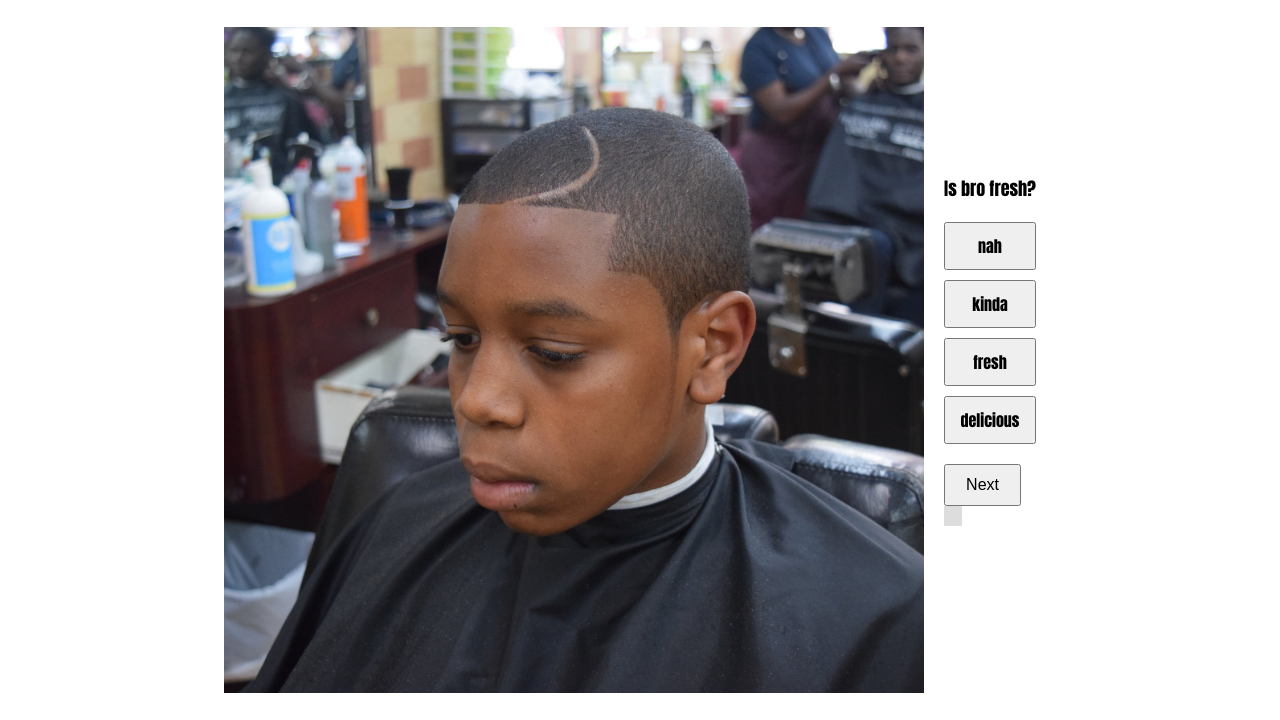
Repository: anderscederberg11/unhandledRuntimeError.json
Page: Henver/henver2.html
The author's editor kept a copy of each file at every save. The page is drawn from the files as they stood at one save, then again after the next save.
The browser window is 1280 px wide. The pictures show the whole page.

Above is the page before, as saved 2024-05-24 18:32:17.

### Henver/henver2.html
<!DOCTYPE html>
<html lang="en">
<head>
    <meta charset="UTF-8">
    <meta name="viewport" content="width=device-width, initial-scale=1.0">
    <title>HaircutHenver</title>
    <link rel="stylesheet" href="henver2.css">
</head>
<body>
    <div class="haircutVro">
        <img class="haircutPic" src="/Henver/imgs/haircutbro.jpeg" alt="kid in barber chair">
    </div>
    <div class="quiz-container">
        <div id="question"></div>
        <div id="options"></div>
        <button id="next-btn" onclick="nextQuestion()">Next</button>
        <div id="progress"></div>
        <button id="play-sound-btn" style="display: none;" onclick="playSound()">Spray</button>
        <button id="redirect-btn" style="display: none;" onclick="redirect()">Continue Experience</button>
    </div>

    <script>
        const questions = [
            {
                question: "Is bro fresh?",
                options: ["nah", "kinda", "fresh", "delicious"],
                answer: "fresh"
            },
            {
                question: "Is this Kai Cenat?",
                options: ["nah", "yes", "fanum", "who?"],
                answer: "nah"
            },
            {
                question: "He pulls all the girls with his ___ ?",
                options: ["Swagger", "Game", "Rizz"],
                answer: "Rizz"
            },
            {
                question: "What is good tongue posture called??",
                options: ["lofting", "gleeking", "mewing", "NaCl"],
                answer: "mewing"
            },
            {
                question: "Should we spray bro down?",
                options: ["yes", "no"],
                answer: "yes"
            }
        ];

        let currentQuestion = 0;
        const progress = document.getElementById("progress");
        const questionDiv = document.getElementById("question");
        const optionsDiv = document.getElementById("options");

        function loadQuestion() {
            const q = questions[currentQuestion];
            questionDiv.textContent = q.question;
            optionsDiv.innerHTML = "";
            q.options.forEach((opt) => {
                const btn = document.createElement("button");
                btn.textContent = opt;
                btn.onclick = () => checkAnswer(opt);
                optionsDiv.appendChild(btn);
            });
            updateProgress();
        }

        function checkAnswer(selectedOption) {
            if (selectedOption === questions[currentQuestion].answer) {
                if (currentQuestion === questions.length - 1) {
                    document.getElementById("play-sound-btn").style.display = "inline-block";
                    document.getElementById("redirect-btn").style.display = "inline-block";
                }
                currentQuestion++;
                loadQuestion();
            }
        }

        function nextQuestion() {
            if (currentQuestion < questions.length - 1) {
                currentQuestion++;
                loadQuestion();
            }
        }

        function updateProgress() {
            const percent = ((currentQuestion + 1) / questions.length) * 100;
            progress.style.width = percent + "%";
        }

        function playSound() {
            alert("Sound will be played here.");
        }

        function redirect() {
            alert("Redirecting to another page...");
        }

        loadQuestion();
    </script>
</body>
</html>

### Henver/henver2.css
body, html {
    height: 100%;
    margin: 0;
    display: flex;
    align-items: center;
    justify-content: center;
}

.haircutVro {
    display: flex;
    align-items: center;
    justify-content: center;
    width: 700px;
    height: 700px;
}

.haircutPic {
    max-width: 100%;
    max-height: 100%;
}

.quiz-container {
    max-width: 600px;
    margin: 0 auto;
    padding: 20px;
}

#question {
    font-family: Impact, Haettenschweiler, 'Arial Narrow Bold', sans-serif;
    font-size: 18px;
    margin-bottom: 20px;
}

#options button {
    font-family: Impact, Haettenschweiler, 'Arial Narrow Bold', sans-serif;
    display: block;
    width: 100%;
    padding: 10px;
    margin-bottom: 10px;
    font-size: 16px;
    cursor: pointer;
}

#next-btn {
    display: block;
    margin-top: 20px;
    padding: 10px 20px;
    font-size: 16px;
    cursor: pointer;
}

#progress {
    background-color: #ddd;
    height: 20px;
    margin-bottom: 20px;
}

#progress::after {
    content: "";
    display: block;
    background-color: #4CAF50;
    height: 100%;
    width: 0;
}

#play-sound-btn, #redirect-btn {
    display: none;
    margin-top: 20px;
    padding: 10px 20px;
    font-size: 16px;
    cursor: pointer;
}

#play-sound-btn {
    background-color: #4CAF50;
    color: white;
    border: none;
}

#redirect-btn {
    background-color: #f44336;
    color: white;
    border: none;
}

After the next save:
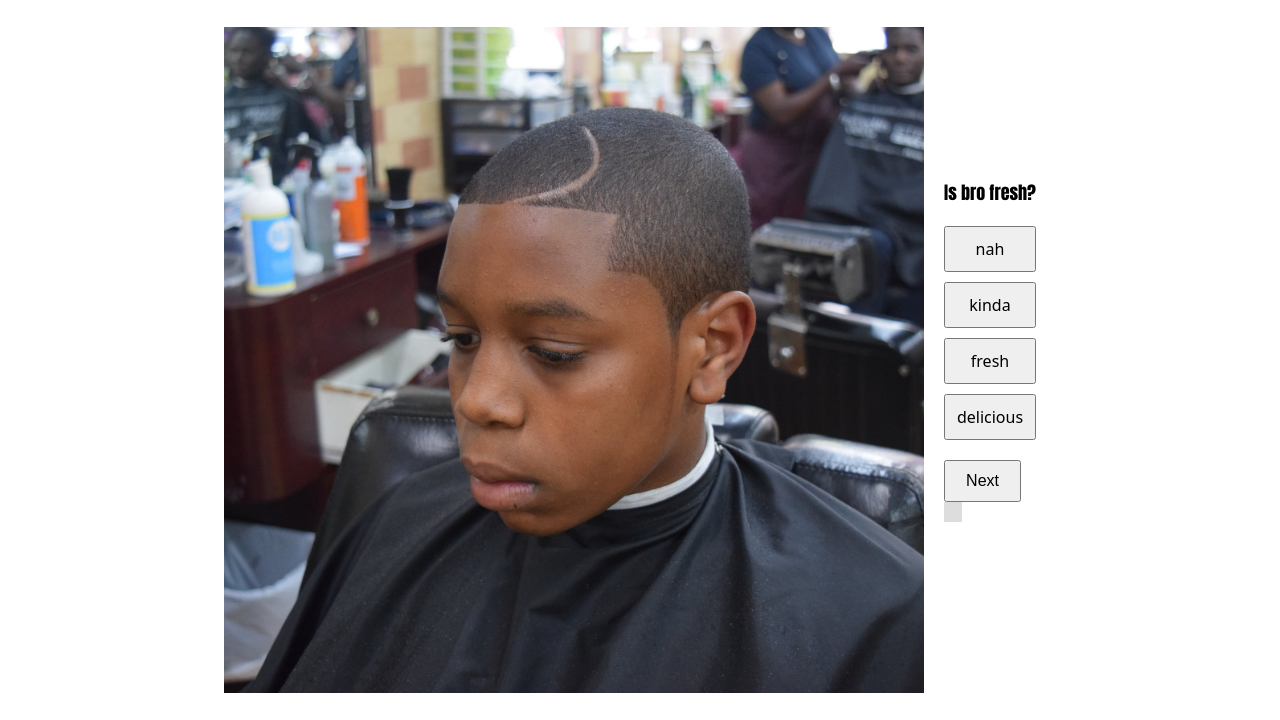
Saved 12 s later.
--- a/Henver/henver2.css
+++ b/Henver/henver2.css
@@ -32,7 +32,7 @@ body, html {
 }
 
 #options button {
-    font-family: Impact, Haettenschweiler, 'Arial Narrow Bold', sans-serif;
+    font-family: system-ui, -apple-system, BlinkMacSystemFont, 'Segoe UI', Roboto, Oxygen, Ubuntu, Cantarell, 'Open Sans', 'Helvetica Neue', sans-serif;
     display: block;
     width: 100%;
     padding: 10px;
